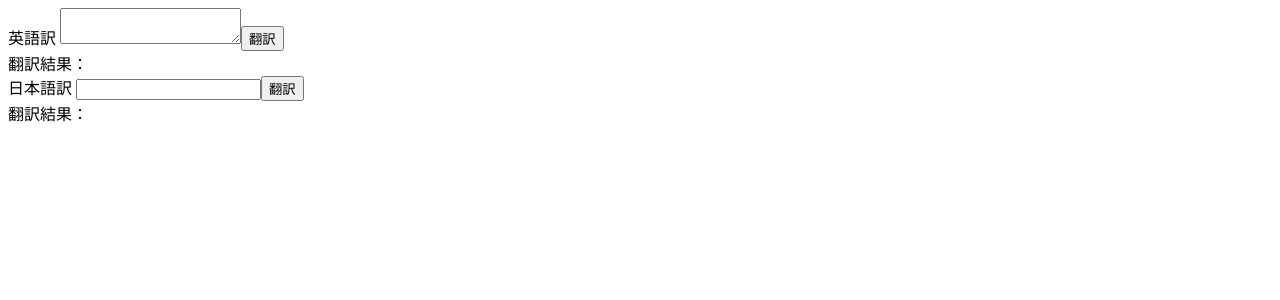
Repository: Reiya-1003/NuxtTS-Translate
Page: /
These files come from the project's save history. The page is drawn as it stood at one moment and after the next save; the edit follows.
The browser window is 1280 px wide. The pictures show the whole page.
The project was rebuilt for these pictures with package versions that can differ from the ones it lists, and the page was loaded fresh each time. The framework's server and built-in components were replaced by stand-ins that run in the browser. Also part of the build but not shown: nuxt.config.js, components/item.vue. Imported but missing from the stored project, and not drawn on this page: plugins/firebase.

Above is the page before, as saved 2022-01-27 10:29:54.

After the next save:
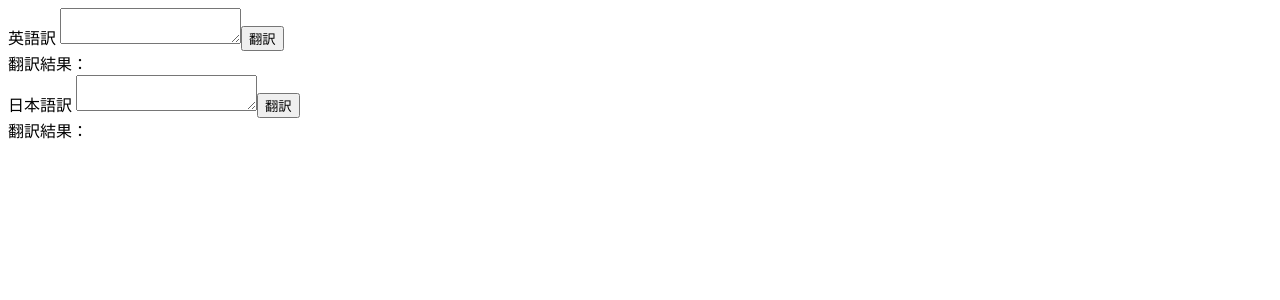
Saved 32 s later.
--- a/pages/index.vue
+++ b/pages/index.vue
@@ -11,7 +11,7 @@
      </div>
      <div>
      <form>日本語訳
-       <input type="text" v-model="english">
+       <textarea type="text" v-model="english"></textarea>
        <button type="button" @click="Jachange">翻訳</button>
      </form>
      <div>翻訳結果：{{Jaitems.text}}</div>
